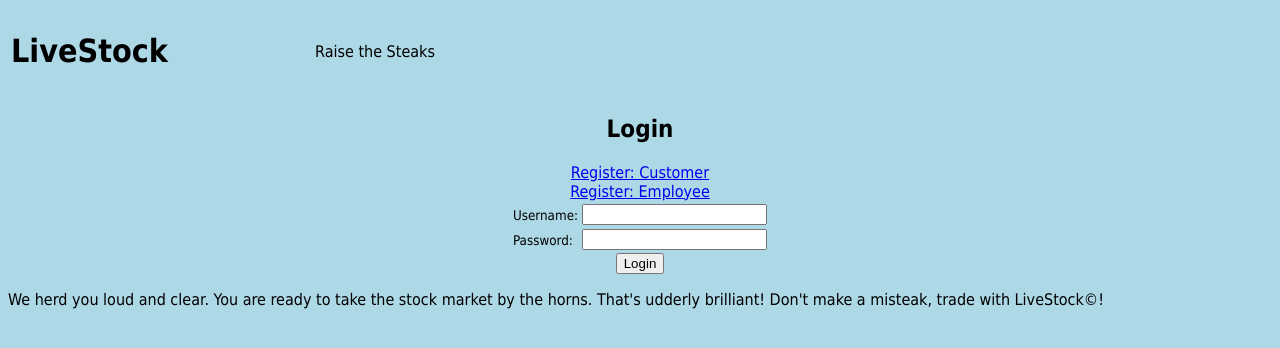
Repository: yastapova/live-stock
Page: LiveStockSite/WebContent/WEB-INF/index.html
These files come from the project's save history. The page is drawn as it stood at one moment and after the next save; the edit follows.
The browser window is 1280 px wide. The pictures show the whole page.

Above is the page before, as saved 2016-04-15 22:11:23.

### LiveStockSite/WebContent/WEB-INF/index.html
<!DOCTYPE html>
<html>
<head>
	<meta charset="ISO-8859-1">
	<title>LiveStock Trading</title>
	<style>
		body {
			background-color: lightblue;
			font-family: Tahoma;
		}
		.formlabel {
			font-size: 10pt;
		}
	</style>
</head>
<body>
	<div class="header">
	<table>
		<tr>
			<td width='300px'><h1>LiveStock</h1></td>
			<td width='300px'><p>Raise the Steaks</p></td>
		</tr>
	</table>
	</div>

	<div class="body" align="center">
		<h2>Login</h2>
		<a href="register_cus.html">Register: Customer</a> <br />
		<a href="register_emp.html">Register: Employee</a>
		<form>
			<table>
				<tr>
					<td><span class="formlabel">Username:</span></td>
					<td><input id="usrn" name="username" type="text" /></td>
				</tr>
				<tr>
					<td><span class="formlabel">Password:</span></td>
					<td><input id="pw" name="password" type="password" /></td>
				</tr>
			</table>
			<input type="submit" value="Login">
		</form>
	</div>

	<div class="footer">
	<p>We herd you loud and clear. You are ready to take the stock market by the horns. That's udderly brilliant! Don't make a misteak, trade with LiveStock&copy;!</p>
	</div>
</body>
</html>

After the next save:
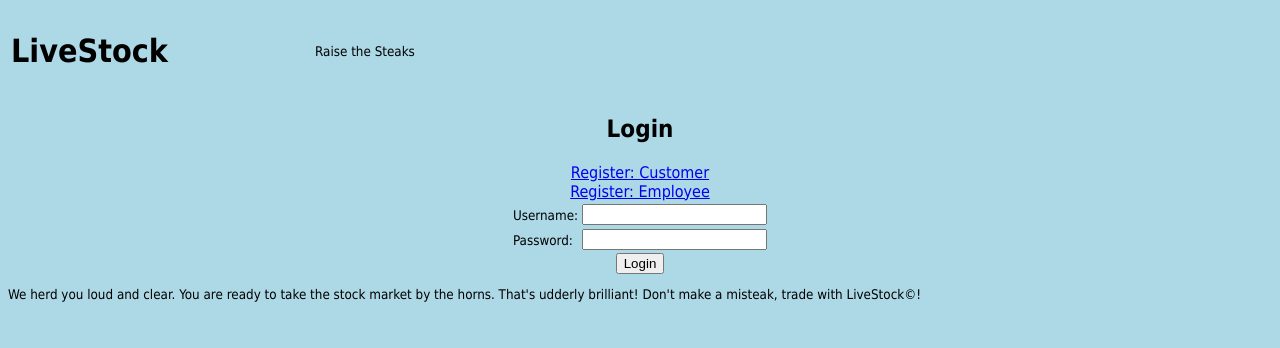
Saved 10 s later.
--- a/LiveStockSite/WebContent/WEB-INF/index.html
+++ b/LiveStockSite/WebContent/WEB-INF/index.html
@@ -9,6 +9,12 @@
 			font-family: Tahoma;
 		}
 		.formlabel {
+			font-size: 10pt;
+		}
+		.header {
+			align: center;
+		}
+		p {
 			font-size: 10pt;
 		}
 	</style>
